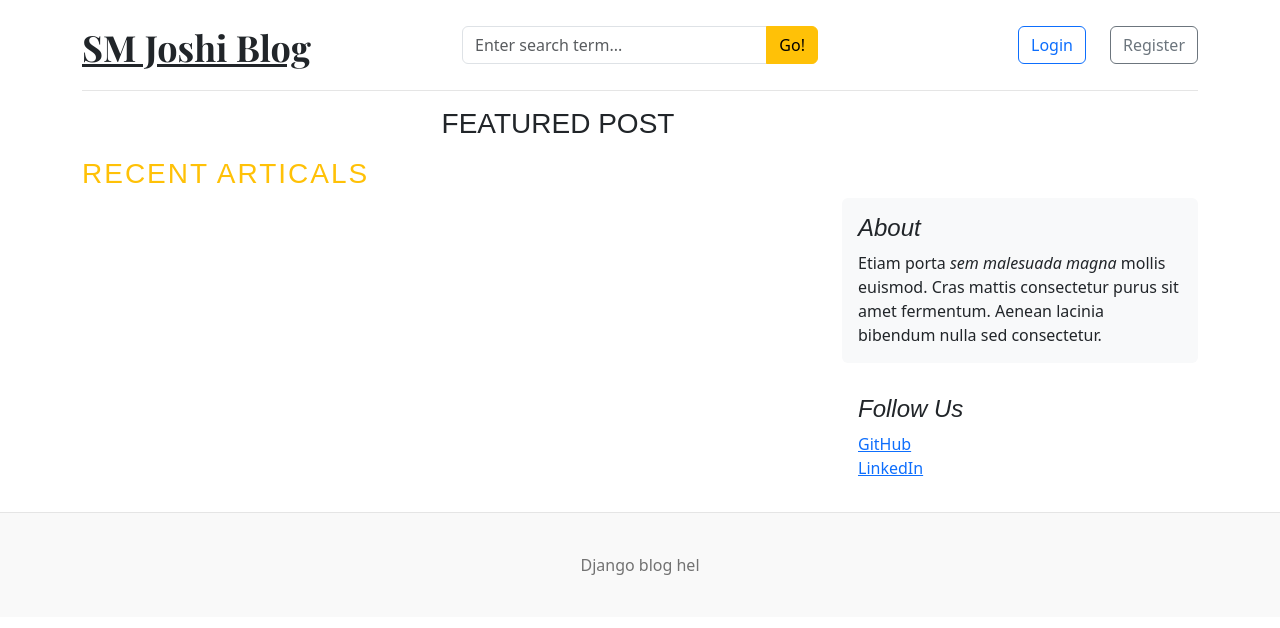
Repository: vijayholve/Blog-Website-Django
Page: templates/home.html
An editor plug-in stored every save of this project. The page is shown before and after a run of saves, followed by the edit.
The browser window is 1280 px wide. The pictures show the whole page.
Some web fonts or font styles are not loaded; a fallback is used. The template is drawn by Django 5.2. The application's start-up code is not run. Other server files are loaded and not shown. The template is opened directly, without the code that normally fills it, so the values that code supplies are empty.

Above is the page before, as saved 2025-01-29 16:31:49.

### templates/home.html

{% extends 'base/base.html' %}

{% block content %}

{% for post in featured_post %}
 {% if forloop.first %}
<div class="jumbotron p-3 p-md-5 text-white rounded bg-dark" style="background-image: url({{ post.blog_image.url }});background-blend-mode: overlay;background-size:cover;">
    <div class="col-md-8 px-0">
      <h1 class="display-4 font-italic"><a href="{% url 'blogs' post.slug %}">{{ post.title }}</a></h1>
      <p class="lead my-3">{{ post.short_description | truncatewords:20 }}</p>
      <p class="lead mb-0"><a href="#" class="text-white font-weight-bold">Continue reading...</a></p>
    </div>
</div>
  {% endif %}
{% endfor %}


<!-- Featured POST -->
<div class="container row mb-2">
  <div class="container">

    <h3 class="container mr-4 text-uppercase text-dark text-bold text-center" >Featured POST</h3>
    {% for post in featured_post %}
    {% if not forloop.first %}
    <div class="col-md-6">
      <div class="card border-0" >
        <div class="card-body">
          <h3><a href="{% url 'blogs' post.slug %}">{{ post.title }}</a></h3>
          <small class="mb-1 text-muted">
            <span class=" material-symbols-outlined">
              schedule
            </span>
            {{ post.created_at | timesince }} ago | {{ post.author }}</small>
            <p class="card-text">{{ post.short_description | truncatewords:20 }}</p>
          </div>
        </div>
      </div>
      {% endif %}
      {% endfor %}
    </div>

  </div>
  <!-- Recent artical -->
  <main role="main" class="container ">
    <h3 class="text-uppercase text-warning" style="letter-spacing: 2px;">Recent Articals</h3>
    <div class="row">
      <div class="col-md-8 blog-main">
        {% for post in posts %}
        <div class="card border-0" >
          <div class="card-body">
            <h3><a href="{% url 'blogs' post.slug %}">{{ post.title }}</a></h3>
            <small class="mb-1 text-muted">{{ post.created_at | timesince }} ago | {{ post.author }}</small>
            <p class="card-text">{{ post.short_description | truncatewords:20 }}</p>
          </div>
        </div>
        {% endfor %}
      </div>
      <!-- /.blog-main -->

      <aside class="col-md-4 blog-sidebar">
        <div class="p-3 mb-3 bg-light rounded">
          <h4 class="font-italic">About</h4>
          <p class="mb-0">Etiam porta <em>sem malesuada magna</em> mollis euismod. Cras mattis consectetur purus sit amet fermentum. Aenean lacinia bibendum nulla sed consectetur.</p>
        </div>

        <div class="p-3">
          <h4 class="font-italic">Follow Us</h4>
          <ol class="list-unstyled">
            <li><a href="#">GitHub</a></li>
            <li><a href="#">LinkedIn</a></li>
          </ol>
        </div>
      </aside><!-- /.blog-sidebar -->

    </div><!-- /.row -->

  </main><!-- /.container -->

</div>
{% endblock %}

### templates/base/base.html
<!-- Header part -->
{% include './header.html' %}

<!-- Main content part -->
{% block content %}
<div class="container-fluid">

</div>
{% endblock %}

<!-- Footer -->
{% include './footer.html' %}

### templates/base/header.html
{% load static %}
<!DOCTYPE html>
<html lang="en">
<head>
    <meta charset="UTF-8">
    <meta http-equiv="X-UA-Compatible" content="IE=edge">
    <meta name="viewport" content="width=device-width, initial-scale=1.0">
    <title>SM Joshi Blogs</title>
    <link href="https://getbootstrap.com/docs/4.0/dist/css/bootstrap.min.css" rel="stylesheet">
    <link href="https://fonts.googleapis.com/css?family=Playfair+Display:700,900" rel="stylesheet">
    <link href="{% static 'css/blog.css' %}" rel="stylesheet">
    <link href="{% static 'css/Navbar.css' %}" rel="stylesheet">
    <link rel="stylesheet" href="https://cdn.jsdelivr.net/npm/bootstrap@4.4.1/dist/css/bootstrap.min.css" integrity="sha384-Vkoo8x4CGsO3+Hhxv8T/Q5PaXtkKtu6ug5TOeNV6gBiFeWPGFN9MuhOf23Q9Ifjh" crossorigin="anonymous">
    <link href="https://cdn.jsdelivr.net/npm/bootstrap@5.3.3/dist/css/bootstrap.min.css" rel="stylesheet" integrity="sha384-QWTKZyjpPEjISv5WaRU9OFeRpok6YctnYmDr5pNlyT2bRjXh0JMhjY6hW+ALEwIH" crossorigin="anonymous">
    <link rel="stylesheet" href="https://fonts.googleapis.com/css2?family=Material+Symbols+Outlined:opsz,wght,FILL,GRAD@20..48,100..700,0..1,-50..200&icon_names=schedule" />
    <link rel="stylesheet" href="https://cdnjs.cloudflare.com/ajax/libs/font-awesome/4.7.0/css/font-awesome.min.css">

  </head>
<body>
    <div class="container ">
      <header class="blog-header py-3">
        <div class="row flex-nowrap justify-content-between align-items-center">
          <div class="col-4 pt-1">
            <a class="blog-header-logo text-dark" href="/">SM Joshi Blog</a>
          </div>
          <div class="col-4">
            <form action="{% url 'search' %}" method="GET">
              <div class="input-group">
                <input class="form-control" name="keyword" type="text" placeholder="Enter search term..." aria-label="Enter search term..." aria-describedby="button-search" />
                <button type="submit" class="btn btn-warning" id="button-search" type="button">Go!</button>
            </div>
            </form>
          </div>

          <div class="col-4 d-flex justify-content-end align-items-center">
            {% if not user.is_authenticated %}
            <div class="nav-item ml-4">
              <div class="nav-link">
                <a class="btn btn-outline-primary" href="{% url 'login' %}">Login</a>
              </div>
            </div>
            <div class="nav-item ml-4">
              <div class="nav-link">
                <a class="btn btn-outline-secondary" href="{% url 'register' %}">Register</a>
              </div>
            </div>
            {% else %}
            <div class="nav-item ml-4">
              <div class="nav-link">
                <a class="btn btn-outline-primary" href="{% url 'dashboard' %}">Dashboard</a>
              </div>
            </div>
            <div class="nav-item ml-4">
              <div class="nav-link">
                <a class="btn btn-outline-danger" href="{% url 'logout' %}">Logout</a>
              </div>
            </div>
            {% endif %}
          </div>
        </div>
      </header>

      <div class="nav-scroller py-1 mb-2">
        <nav class="nav d-flex justify-content-between">
          {% for cat in categories %}
          <a class="p-2 text-muted" href="{% url 'posts_by_category' cat.id  %}">{{ cat.category_name }}</a>
          {% endfor %}
        </nav>
      </div>
    </div>
    <script src="https://cdn.jsdelivr.net/npm/bootstrap@5.3.3/dist/js/bootstrap.bundle.min.js" integrity="sha384-YvpcrYf0tY3lHB60NNkmXc5s9fDVZLESaAA55NDzOxhy9GkcIdslK1eN7N6jIeHz" crossorigin="anonymous"></script>
</body>
</html>

### templates/base/footer.html
<footer class="blog-footer">
    <p>Django blog <a>hel</a></p>
  </footer>
  </body>
  </html>

### static/css/blog.css
/* stylelint-disable selector-list-comma-newline-after */

.blog-header {
  border-bottom: 1px solid #e5e5e5;
}

.blog-header-logo {
  font-family: "Playfair Display", Georgia, "Times New Roman", serif/*rtl:Amiri, Georgia, "Times New Roman", serif*/;
  font-size: 2.25rem;
}

.blog-header-logo:hover {
  text-decoration: none;
}

h1, h2, h3, h4, h5, h6 {
  font-family: "Playfair Display", Georgia, "Times New Roman", serif/*rtl:Amiri, Georgia, "Times New Roman", serif*/;
}

.display-4 {
  font-size: 2.5rem;
}
@media (min-width: 768px) {
  .display-4 {
    font-size: 3rem;
  }
}

.flex-auto {
  flex: 0 0 auto;
}

.h-250 { height: 250px; }
@media (min-width: 768px) {
  .h-md-250 { height: 250px; }
}

/* Pagination */
.blog-pagination {
  margin-bottom: 4rem;
}

/*
 * Blog posts
 */
.blog-post {
  margin-bottom: 4rem;
}
.blog-post-title {
  font-size: 2.5rem;
}
.blog-post-meta {
  margin-bottom: 1.25rem;
  color: #727272;
}

/*
 * Footer
 */
.blog-footer {
  padding: 2.5rem 0;
  color: #727272;
  text-align: center;
  background-color: #f9f9f9;
  border-top: .05rem solid #e5e5e5;
}
.blog-footer p:last-child {
  margin-bottom: 0;
}


.material-symbols-outlined{
  width: 20px;
  /* height: 300px; */
}

### static/css/Navbar.css
:root {
    --font-family-sans-serif: "Open Sans", -apple-system, BlinkMacSystemFont,
    "Segoe UI", Roboto, "Helvetica Neue", Arial, sans-serif, "Apple Color Emoji",
    "Segoe UI Emoji", "Segoe UI Symbol", "Noto Color Emoji";
}

*, *::before, *::after {
    -webkit-box-sizing: border-box;
    box-sizing: border-box;
}

html {
    font-family: sans-serif;
    line-height: 1.15;
    -webkit-text-size-adjust: 100%;
    -webkit-tap-highlight-color: rgba(0, 0, 0, 0);
}

nav {
    display: block;
}

body {
    margin: 0;
    font-family: "Open Sans", -apple-system, BlinkMacSystemFont, "Segoe UI",
    Roboto, "Helvetica Neue", Arial, sans-serif, "Apple Color Emoji",
    "Segoe UI Emoji", "Segoe UI Symbol", "Noto Color Emoji";
    font-size: 1rem;
    font-weight: 400;
    line-height: 1.5;
    color: #515151;
    text-align: left;
    background-color: #e9edf4;
}

h1, h2, h3, h4, h5, h6 {
    margin-top: 0;
    margin-bottom: 0.5rem;
}

p {
    margin-top: 0;
    margin-bottom: 1rem;
}

a {
    color: #3f84fc;
    text-decoration: none;
    background-color: transparent;
}

a:hover {
    color: #0458eb;
    text-decoration: underline;
}

h1, h2, h3, h4, h5, h6, .h1, .h2, .h3, .h4, .h5, .h6 {
    font-family: "Nunito", sans-serif;
    margin-bottom: 0.5rem;
    font-weight: 500;
    line-height: 1.2;
}

h1, .h1 {
    font-size: 2.5rem;
    font-weight: normal;
}

.card {
    position: relative;
    display: -webkit-box;
    display: -webkit-flex;
    display: -ms-flexbox;
    display: flex;
    -webkit-box-orient: vertical;
    -webkit-box-direction: normal;
    -webkit-flex-direction: column;
    -ms-flex-direction: column;
    flex-direction: column;
    min-width: 0;
    word-wrap: break-word;
    background-color: #fff;
    background-clip: border-box;
    border: 1px solid rgba(0, 0, 0, 0.125);
    border-radius: 0;
}

.card-body {
    -webkit-box-flex: 1;
    -webkit-flex: 1 1 auto;
    -ms-flex: 1 1 auto;
    flex: 1 1 auto;
    padding: 1.25rem;
}

.card-header {
    padding: 0.75rem 1.25rem;
    margin-bottom: 0;
    background-color: rgba(0, 0, 0, 0.03);
    border-bottom: 1px solid rgba(0, 0, 0, 0.125);
    text-align: center;
}

.dashboard {
    display: -webkit-box;
    display: -webkit-flex;
    display: -ms-flexbox;
    display: flex;
    min-height: 100vh;
}

.dashboard-app {
    display: -webkit-box;
    display: -webkit-flex;
    display: -ms-flexbox;
    display: flex;
    -webkit-box-orient: vertical;
    -webkit-box-direction: normal;
    -webkit-flex-direction: column;
    -ms-flex-direction: column;
    flex-direction: column;
    -webkit-box-flex: 2;
    -webkit-flex-grow: 2;
    -ms-flex-positive: 2;
    flex-grow: 2;
    margin-top: 84px;
}

.dashboard-content {
    -webkit-box-flex: 2;
    -webkit-flex-grow: 2;
    -ms-flex-positive: 2;
    flex-grow: 2;
    padding: 25px;
}

.dashboard-nav {
    min-width: 238px;
    position: fixed;
    left: 0;
    top: 0;
    bottom: 0;
    overflow: auto;
    background-color: #373193;
}

.dashboard-compact .dashboard-nav {
    display: none;
}

.dashboard-nav header {
    min-height: 84px;
    padding: 8px 27px;
    display: -webkit-box;
    display: -webkit-flex;
    display: -ms-flexbox;
    display: flex;
    -webkit-box-pack: center;
    -webkit-justify-content: center;
    -ms-flex-pack: center;
    justify-content: center;
    -webkit-box-align: center;
    -webkit-align-items: center;
    -ms-flex-align: center;
    align-items: center;
}

.dashboard-nav header .menu-toggle {
    display: none;
    margin-right: auto;
}

.dashboard-nav a {
    color: #515151;
}

.dashboard-nav a:hover {
    text-decoration: none;
}

.dashboard-nav {
    background-color: #443ea2;
}

.dashboard-nav a {
    color: #fff;
}

.brand-logo {
    font-family: "Nunito", sans-serif;
    font-weight: bold;
    font-size: 20px;
    display: -webkit-box;
    display: -webkit-flex;
    display: -ms-flexbox;
    display: flex;
    color: #515151;
    -webkit-box-align: center;
    -webkit-align-items: center;
    -ms-flex-align: center;
    align-items: center;
}

.brand-logo:focus, .brand-logo:active, .brand-logo:hover {
    color: #dbdbdb;
    text-decoration: none;
}

.brand-logo i {
    color: #d2d1d1;
    font-size: 27px;
    margin-right: 10px;
}

.dashboard-nav-list {
    display: -webkit-box;
    display: -webkit-flex;
    display: -ms-flexbox;
    display: flex;
    -webkit-box-orient: vertical;
    -webkit-box-direction: normal;
    -webkit-flex-direction: column;
    -ms-flex-direction: column;
    flex-direction: column;
}

.dashboard-nav-item {
    min-height: 56px;
    padding: 8px 20px 8px 70px;
    display: -webkit-box;
    display: -webkit-flex;
    display: -ms-flexbox;
    display: flex;
    -webkit-box-align: center;
    -webkit-align-items: center;
    -ms-flex-align: center;
    align-items: center;
    letter-spacing: 0.02em;
    transition: ease-out 0.5s;
}

.dashboard-nav-item i {
    width: 36px;
    font-size: 19px;
    margin-left: -40px;
}

.dashboard-nav-item:hover {
    background: rgba(255, 255, 255, 0.04);
}

.active {
    background: rgba(0, 0, 0, 0.1);
}

.dashboard-nav-dropdown {
    display: -webkit-box;
    display: -webkit-flex;
    display: -ms-flexbox;
    display: flex;
    -webkit-box-orient: vertical;
    -webkit-box-direction: normal;
    -webkit-flex-direction: column;
    -ms-flex-direction: column;
    flex-direction: column;
}

.dashboard-nav-dropdown.show {
    background: rgba(255, 255, 255, 0.04);
}

.dashboard-nav-dropdown.show > .dashboard-nav-dropdown-toggle {
    font-weight: bold;
}

.dashboard-nav-dropdown.show > .dashboard-nav-dropdown-toggle:after {
    -webkit-transform: none;
    -o-transform: none;
    transform: none;
}

.dashboard-nav-dropdown.show > .dashboard-nav-dropdown-menu {
    display: -webkit-box;
    display: -webkit-flex;
    display: -ms-flexbox;
    display: flex;
}

.dashboard-nav-dropdown-toggle:after {
    content: "";
    margin-left: auto;
    display: inline-block;
    width: 0;
    height: 0;
    border-left: 5px solid transparent;
    border-right: 5px solid transparent;
    border-top: 5px solid rgba(81, 81, 81, 0.8);
    -webkit-transform: rotate(90deg);
    -o-transform: rotate(90deg);
    transform: rotate(90deg);
}

.dashboard-nav .dashboard-nav-dropdown-toggle:after {
    border-top-color: rgba(255, 255, 255, 0.72);
}

.dashboard-nav-dropdown-menu {
    display: none;
    -webkit-box-orient: vertical;
    -webkit-box-direction: normal;
    -webkit-flex-direction: column;
    -ms-flex-direction: column;
    flex-direction: column;
}

.dashboard-nav-dropdown-item {
    min-height: 40px;
    padding: 8px 20px 8px 70px;
    display: -webkit-box;
    display: -webkit-flex;
    display: -ms-flexbox;
    display: flex;
    -webkit-box-align: center;
    -webkit-align-items: center;
    -ms-flex-align: center;
    align-items: center;
    transition: ease-out 0.5s;
}

.dashboard-nav-dropdown-item:hover {
    background: rgba(255, 255, 255, 0.04);
}

.menu-toggle {
    position: relative;
    width: 42px;
    height: 42px;
    display: -webkit-box;
    display: -webkit-flex;
    display: -ms-flexbox;
    display: flex;
    -webkit-box-align: center;
    -webkit-align-items: center;
    -ms-flex-align: center;
    align-items: center;
    -webkit-box-pack: center;
    -webkit-justify-content: center;
    -ms-flex-pack: center;
    justify-content: center;
    color: #443ea2;
}

.menu-toggle:hover, .menu-toggle:active, .menu-toggle:focus {
    text-decoration: none;
    color: #875de5;
}

.menu-toggle i {
    font-size: 20px;
}

.dashboard-toolbar {
    min-height: 84px;
    background-color: #dfdfdf;
    display: -webkit-box;
    display: -webkit-flex;
    display: -ms-flexbox;
    display: flex;
    -webkit-box-align: center;
    -webkit-align-items: center;
    -ms-flex-align: center;
    align-items: center;
    padding: 8px 27px;
    position: fixed;
    top: 0;
    right: 0;
    left: 0;
    z-index: 1000;
}

.nav-item-divider {
    height: 1px;
    margin: 1rem 0;
    overflow: hidden;
    background-color: rgba(236, 238, 239, 0.3);
}

@media (min-width: 992px) {
    .dashboard-app {
        margin-left: 238px;
    }

    .dashboard-compact .dashboard-app {
        margin-left: 0;
    }
}


@media (max-width: 768px) {
    .dashboard-content {
        padding: 15px 0px;
    }
}

@media (max-width: 992px) {
    .dashboard-nav {
        display: none;
        position: fixed;
        top: 0;
        right: 0;
        left: 0;
        bottom: 0;
        z-index: 1070;
    }

    .dashboard-nav.mobile-show {
        display: block;
    }
}

@media (max-width: 992px) {
    .dashboard-nav header .menu-toggle {
        display: -webkit-box;
        display: -webkit-flex;
        display: -ms-flexbox;
        display: flex;
    }
}

@media (min-width: 992px) {
    .dashboard-toolbar {
        left: 238px;
    }

    .dashboard-compact .dashboard-toolbar {
        left: 0;
    }
}

After the next 2 saves:
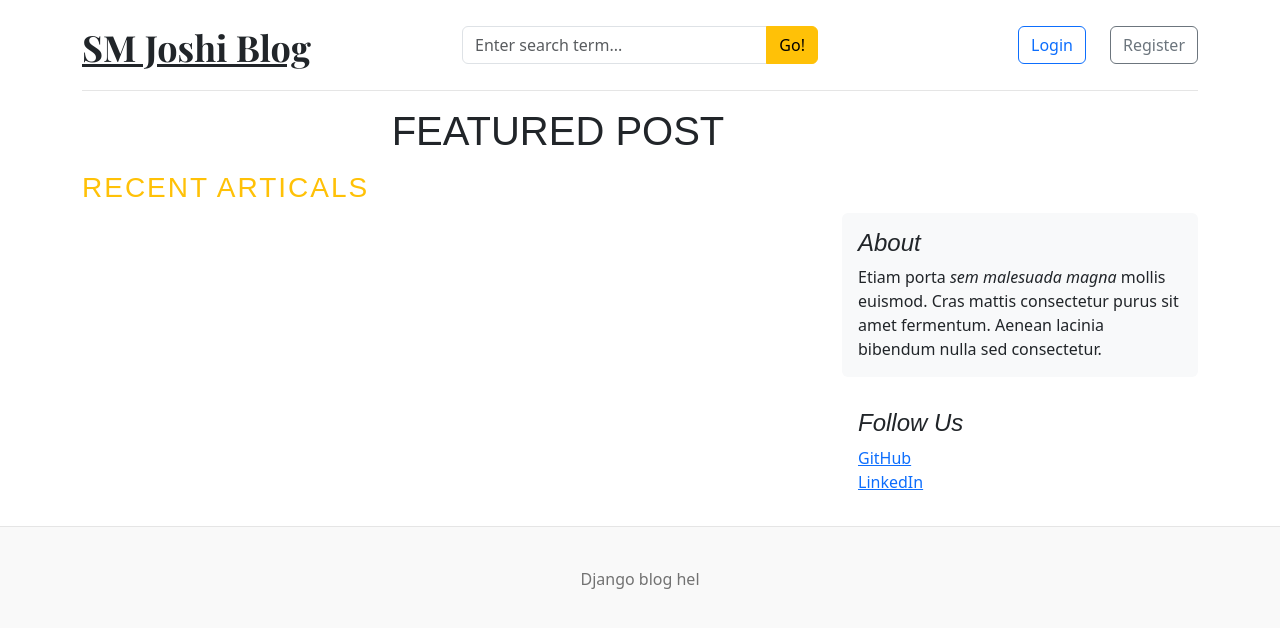
The 2 saves are shown as one change because they came seconds apart.
The last was saved 118 s later.
--- a/templates/home.html
+++ b/templates/home.html
@@ -20,7 +20,7 @@
 <div class="container row mb-2">
   <div class="container">
 
-    <h3 class="container mr-4 text-uppercase text-dark text-bold text-center" >Featured POST</h3>
+    <h1 class="container  mr-4 text-uppercase text-dark text-bold text-center" >Featured POST</h1>
     {% for post in featured_post %}
     {% if not forloop.first %}
     <div class="col-md-6">
